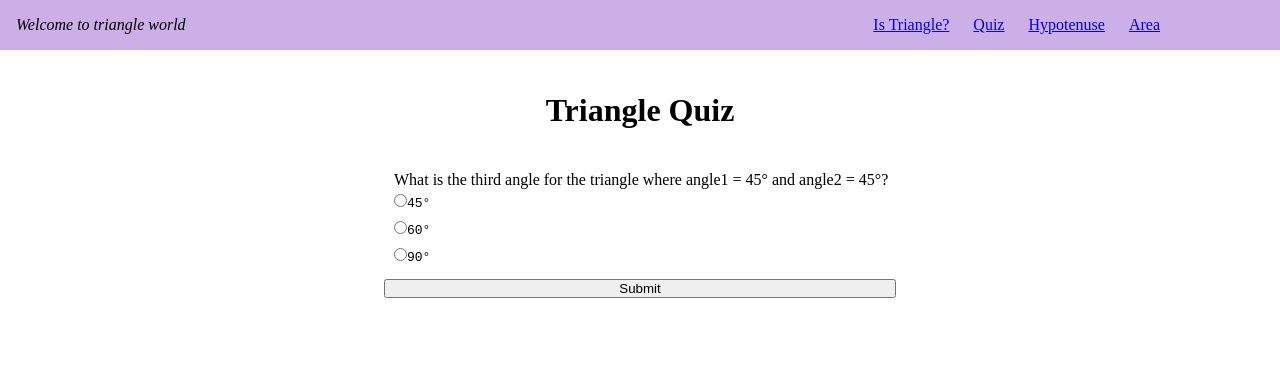
Repository: patelamancode/Fun-with-trianles
Page: quiz.html
These files come from the project's save history. The page is drawn as it stood at one moment and after the next save; the edit follows.
The browser window is 1280 px wide. The pictures show the whole page.

Above is the page before, as saved 2022-11-28 19:17:07.
Console error: TypeError: Cannot read properties of null (reading 'addEventListener')

After the next save:
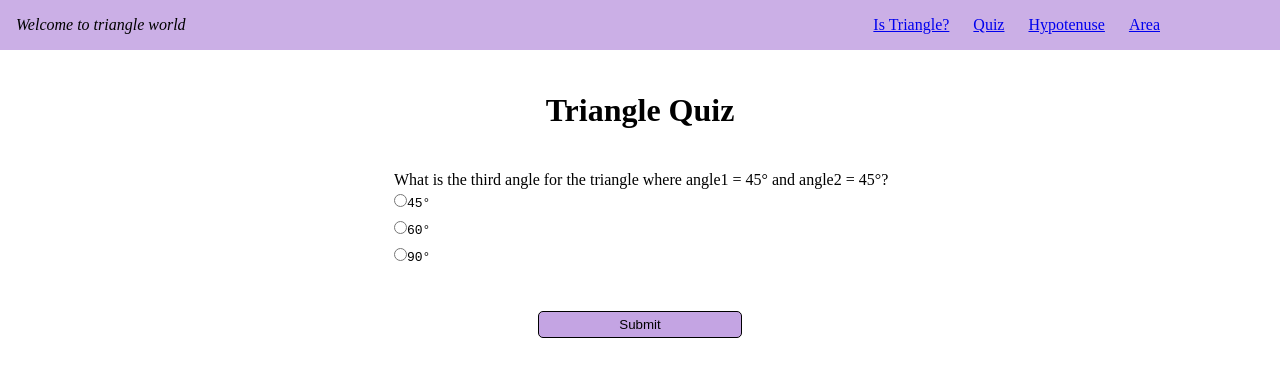
Saved 52 s later.
--- a/index.css
+++ b/index.css
@@ -80,7 +80,7 @@ input {
 
 
 
-#check-btn #submit-btn {
+#check-btn, #submit-btn {
   margin: auto;
   text-align: center;
   margin-top: 2rem;
